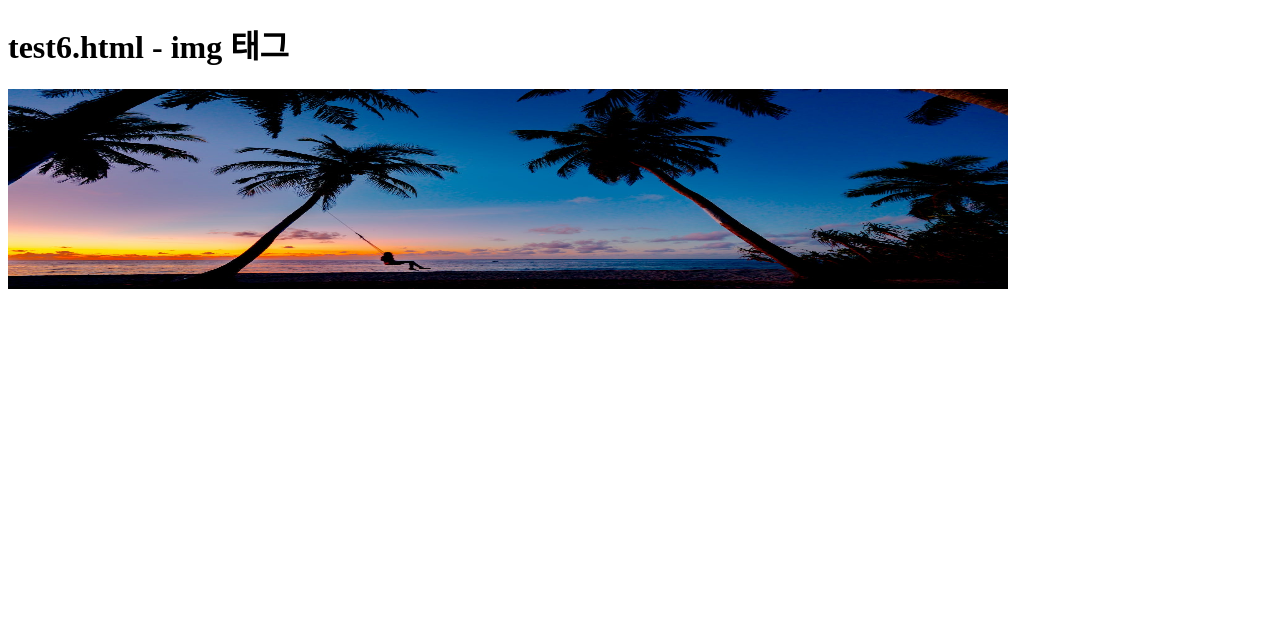
Repository: KimMinseooo/itwillStudy
Page: BACKEND/JSP/workspace_jsp/StudyHTML/src/main/webapp/1024/test6.html
The author's editor kept a copy of each file at every save. The page is drawn from the files as they stood at one save, then again after the next save.
The browser window is 1280 px wide. The pictures show the whole page.

Above is the page before, as saved 2024-10-24 02:36:02.

### BACKEND/JSP/workspace_jsp/StudyHTML/src/main/webapp/1024/test6.html
<!DOCTYPE html>
<html>
<head>
<meta charset="UTF-8">
<title>Insert title here</title>
</head>
<body>
	<h1>test6.html - img 태그 </h1>

	<img alt="" src="1.jpg" width="1000" height="200">

</body>
</html>

After the next save:
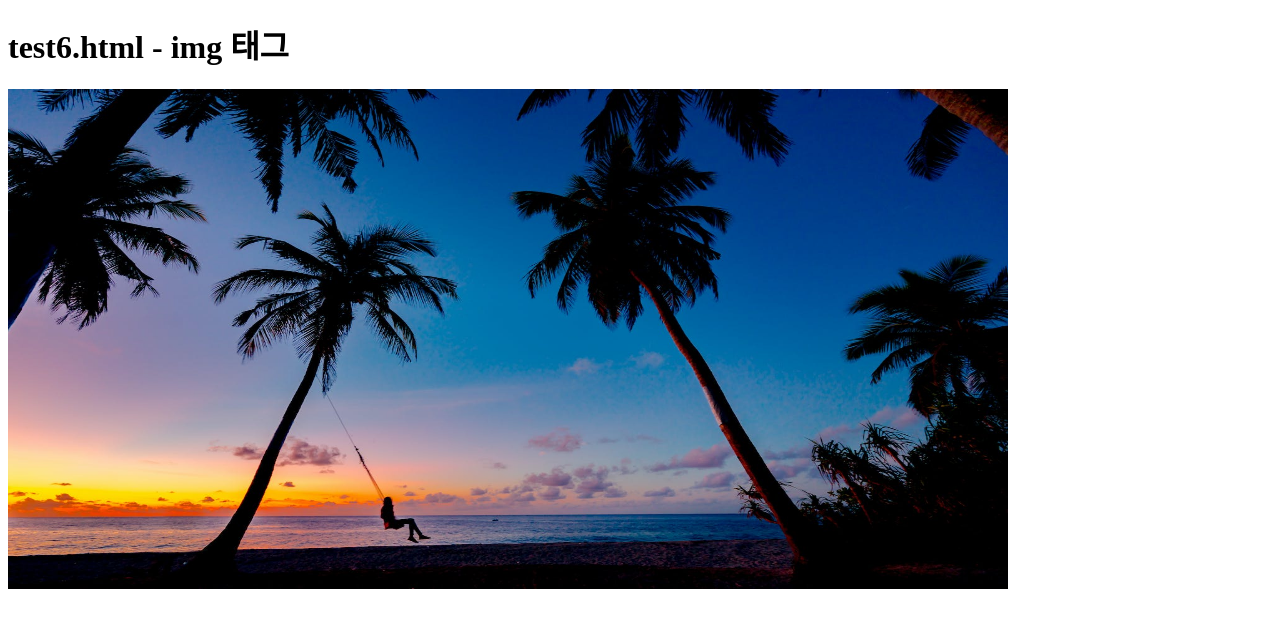
Saved 5 s later.
--- a/BACKEND/JSP/workspace_jsp/StudyHTML/src/main/webapp/1024/test6.html
+++ b/BACKEND/JSP/workspace_jsp/StudyHTML/src/main/webapp/1024/test6.html
@@ -7,7 +7,7 @@
 <body>
 	<h1>test6.html - img 태그 </h1>
 
-	<img alt="" src="1.jpg" width="1000" height="200">
+	<img alt="" src="1.jpg" width="1000" height="500">
 
 </body>
 </html>
